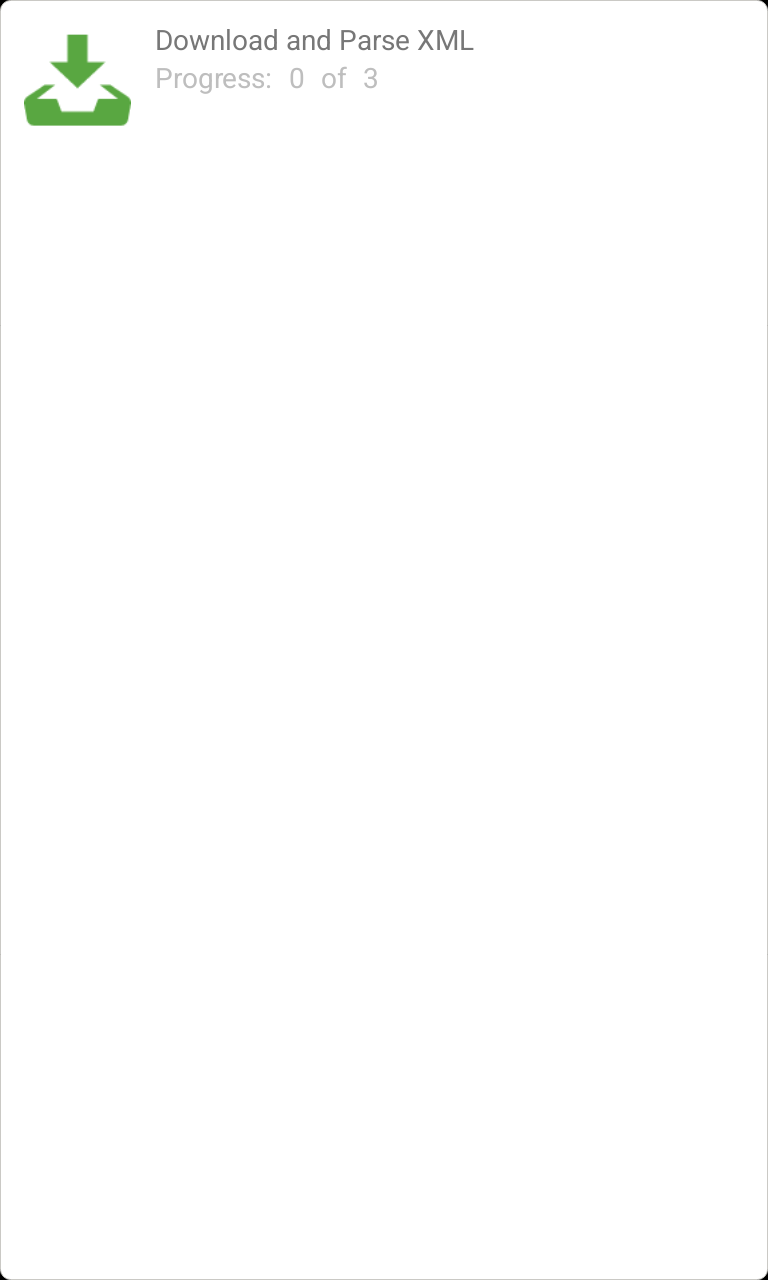
Repository: easyCZ/UoE-Projects
Layout: UG3-SELP/res/layout/download_and_parse.xml
The author's editor kept a copy of each file at every save. The layout is drawn from the files as they stood at one save, then again after the next save.
It is drawn on a 768 x 1280 px phone screen (xhdpi) without system bars, with theme android:Theme.Black.NoTitleBar; the app's code is not run.

Above is the layout before, as saved 2013-12-06 18:46:29.

After the next save:
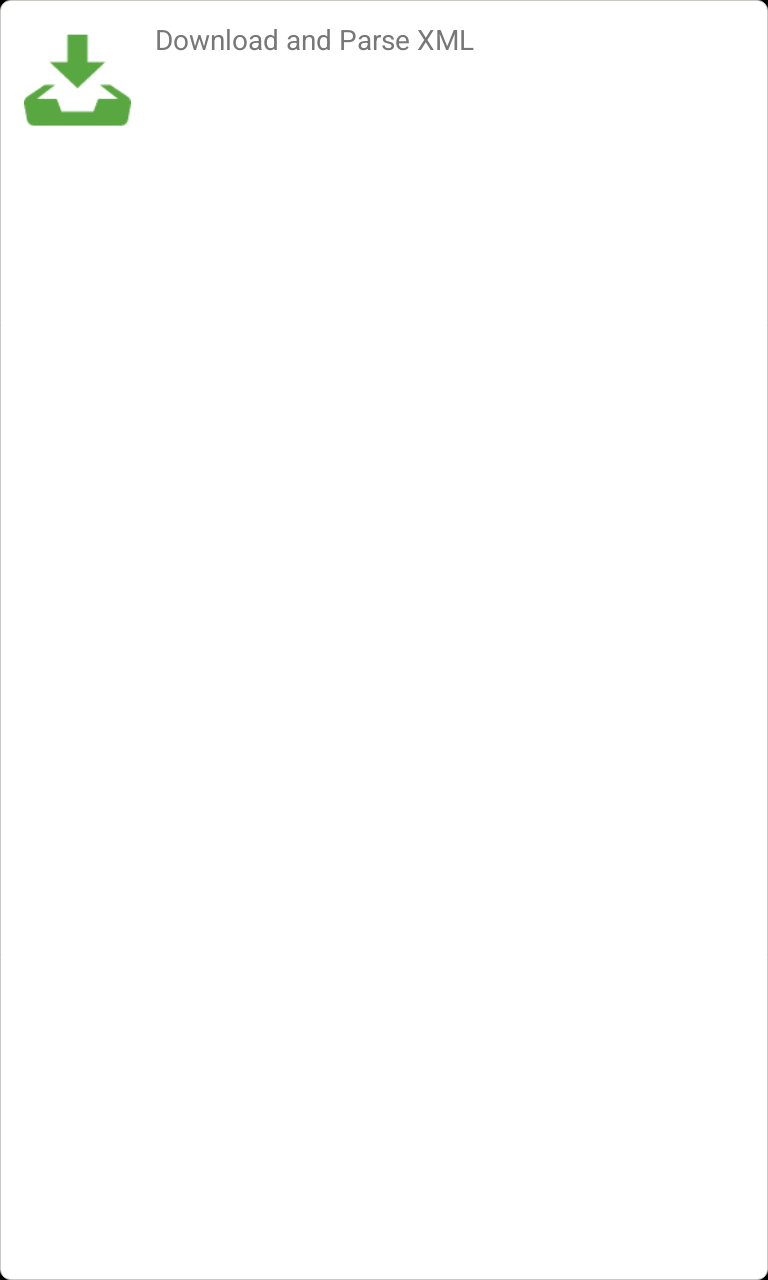
Saved 27 s later.
--- a/UG3-SELP/res/layout/download_and_parse.xml
+++ b/UG3-SELP/res/layout/download_and_parse.xml
@@ -31,6 +31,7 @@
         android:textColor="@color/downloadAndParseTitleColor" />
 
     <LinearLayout
+        android:visibility="invisible"
         android:id="@+id/downloadAndParseDescSection"
         android:layout_width="wrap_content"
         android:layout_height="wrap_content"
